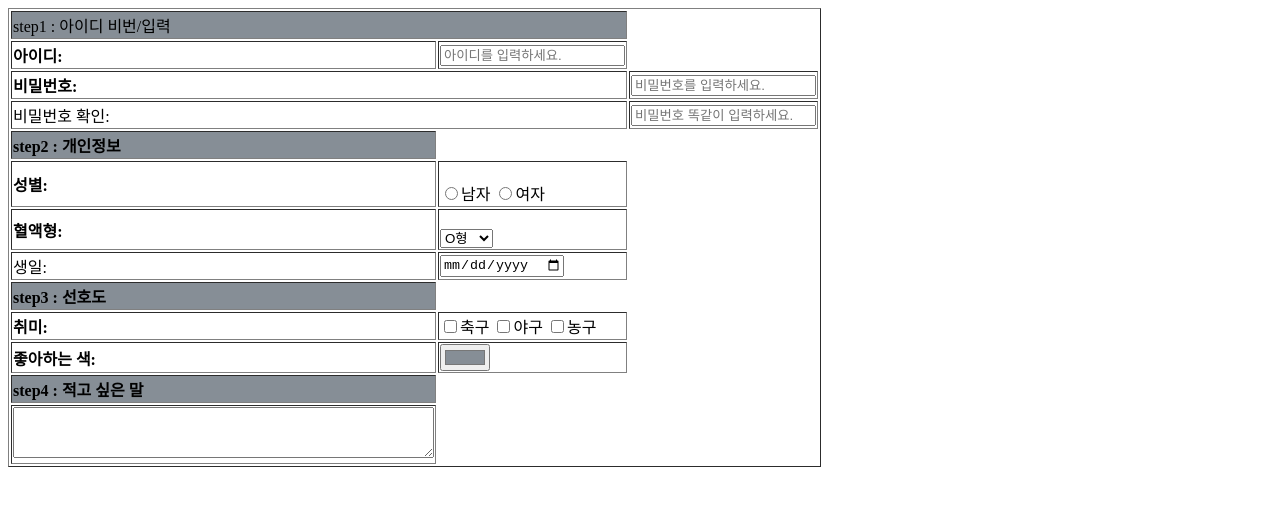
Repository: pillz9408/Jsp-Servlet
Page: jspstudy/day02/src/main/webapp/Lab2Join.html
An editor plug-in stored every save of this project. The page is shown before and after the next save, followed by the edit.
The browser window is 1280 px wide. The pictures show the whole page.

Above is the page before, as saved 2022-10-05 06:06:24.

### jspstudy/day02/src/main/webapp/Lab2Join.html
<!DOCTYPE html>
<html>
<head>
<meta charset="UTF-8">
<title>lab2join</title>
</head>
<body>
<form action="lab2join">
<table border width="400">
	<tr>
	<td colspan="2" bgcolor="#868e96">step1 : 아이디 비번/입력</td>
	</tr>
	<tr>
	<td><b>아이디:</b></td><td><input type="text" name="id" placeholder="아이디를 입력하세요."></td>
	</tr>
	<tr>
	<td colspan="2"><b>비밀번호:</b></td><td><input type="password" name="pass" placeholder="비밀번호를 입력하세요."></td>
	</tr>
	<tr>
	<td colspan="2">비밀번호 확인:</td><td><input type="password" name="passcheck" placeholder="비밀번호 똑같이 입력하세요."> </td>
	</tr>
	<tr>
	<td bgcolor="#868e96"><b>step2 : 개인정보</b></td>
	</tr>
	<tr>
	<td><b>성별: </b></td><td><br><input type="radio"name="gender" value="남자">남자
	<input type="radio"name="gender" value="여자">여자</td>
	</tr>
	<tr>
	<td><b>혈액형:</b></td><td><br><select name='btype'>
		<option value="o">O형
		<option value="A">A형
		<option value="B">B형
		<option value="AB">AB형
		</select><br>
		</td>
	</tr>
	<tr>
	<td>생일: </td><td><input type="date" name="date" placeholder="년년년년-월월-일일"></td>
	</tr>
	<tr>
	<td bgcolor="#868e96"><b>step3 : 선호도</b></td>
	</tr>
	<tr>
	<td><b>취미:</b></td><td><input type="checkbox" name="hobby" value="축구">축구
	<input type="checkbox" name="hobby" value="야구">야구
	<input type="checkbox" name="hobby" value="농구">농구
	</td>
	</tr>
	<tr>
	<td><b>좋아하는 색:</b></td><td><input type="color" name="color" value="#868e96"></td>
	</tr>
	<tr>
	<td bgcolor="#868e96"><b>step4 : 적고 싶은 말</b></td>
	</tr>
	<tr>
	<td><textarea name="writes" rows="3" cols="50"></textarea>
	</tr>
</table>
</form>
</body>
</html>

After the next save:
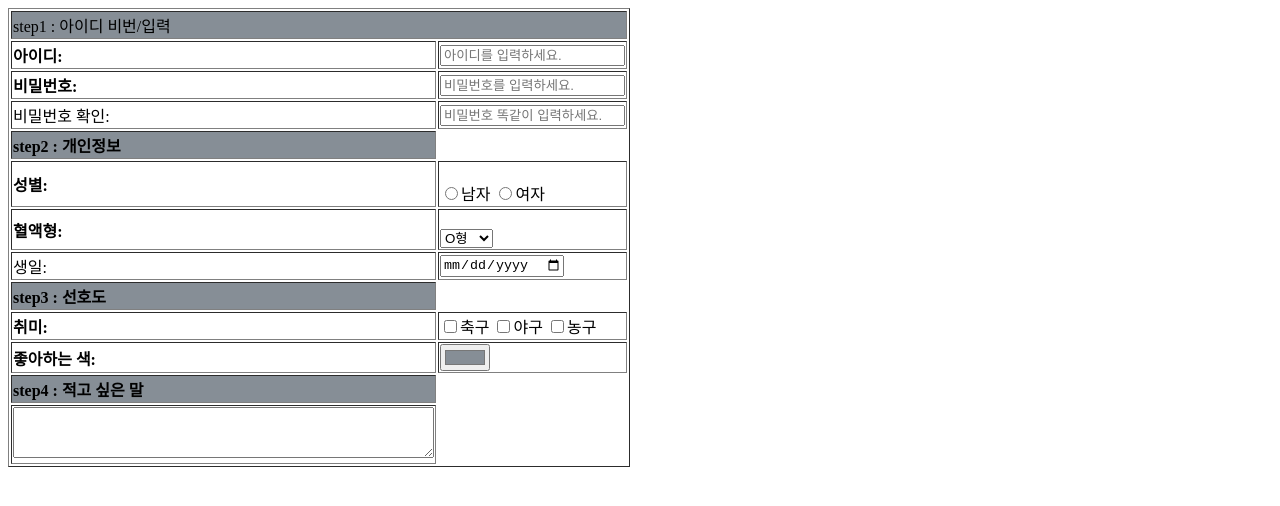
Saved 10 s later.
--- a/jspstudy/day02/src/main/webapp/Lab2Join.html
+++ b/jspstudy/day02/src/main/webapp/Lab2Join.html
@@ -14,10 +14,10 @@
 	<td><b>아이디:</b></td><td><input type="text" name="id" placeholder="아이디를 입력하세요."></td>
 	</tr>
 	<tr>
-	<td colspan="2"><b>비밀번호:</b></td><td><input type="password" name="pass" placeholder="비밀번호를 입력하세요."></td>
+	<td><b>비밀번호:</b></td><td><input type="password" name="pass" placeholder="비밀번호를 입력하세요."></td>
 	</tr>
 	<tr>
-	<td colspan="2">비밀번호 확인:</td><td><input type="password" name="passcheck" placeholder="비밀번호 똑같이 입력하세요."> </td>
+	<td>비밀번호 확인:</td><td><input type="password" name="passcheck" placeholder="비밀번호 똑같이 입력하세요."> </td>
 	</tr>
 	<tr>
 	<td bgcolor="#868e96"><b>step2 : 개인정보</b></td>
